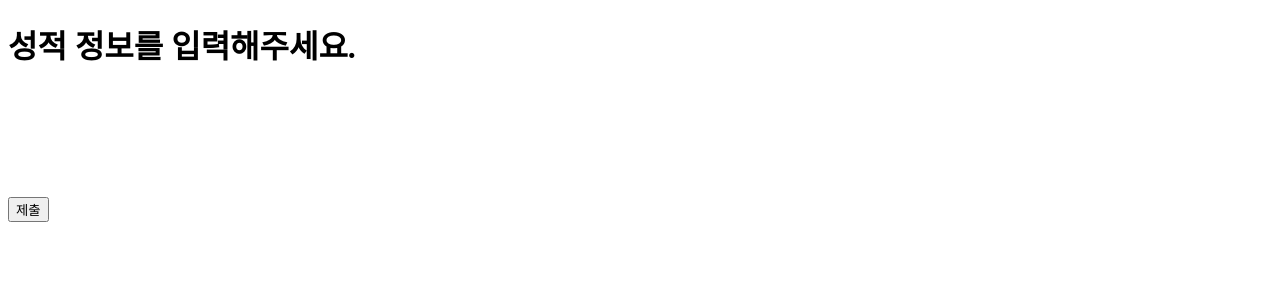
Repository: eyonghwan/spring_preactice
Page: http://localhost/SpringBasic/score
An editor plug-in stored every save of this project. The page is shown before and after the next save, followed by the edit.
The browser window is 1280 px wide. The pictures show the whole page.
The page is served by Tomcat 9. Other server files are loaded and not shown.

Above is the page before, as saved 2022-03-30 05:44:42.

### SpringBasic/src/main/webapp/WEB-INF/views/scoreForm.jsp
<%@ page language="java" contentType="text/html; charset=UTF-8"
    pageEncoding="UTF-8"%>
<!DOCTYPE html>
<html>
<head>
<meta charset="UTF-8">
<title>Insert title here</title>
</head>
<body>
	<h1>성적 정보를 입력해주세요.</h1><br/>
	<form>
		<intput type="number" name="kor" placeholder="국어 점수"><br/>
		<intput type="number" name="eng" placeholder="영어 점수"><br/>
		<intput type="number" name="math" placeholder="수학 점수"><br/>
		<intput type="number" name="sci" placeholder="과학 점수"><br/>
		<intput type="number" name="com" placeholder="컴퓨터 점수"><br/>
		<input type="submit" value="제출">
	</form>

</body>
</html>

After the next save:
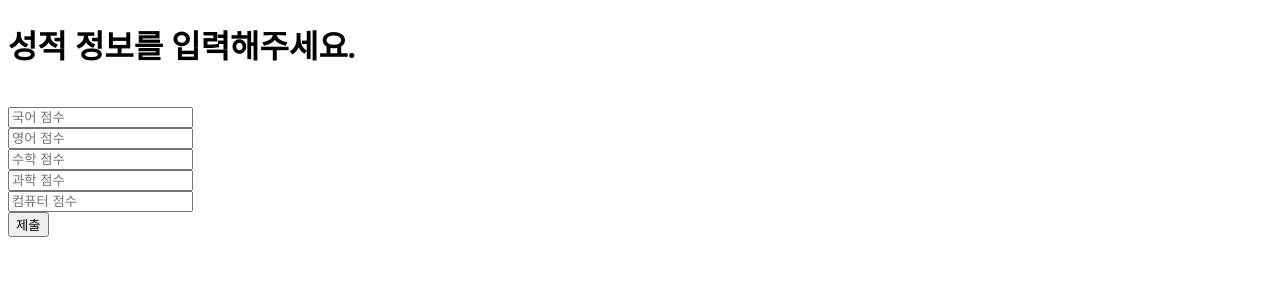
Saved 14 s later.
--- a/SpringBasic/src/main/webapp/WEB-INF/views/scoreForm.jsp
+++ b/SpringBasic/src/main/webapp/WEB-INF/views/scoreForm.jsp
@@ -9,11 +9,11 @@
 <body>
 	<h1>성적 정보를 입력해주세요.</h1><br/>
 	<form>
-		<intput type="number" name="kor" placeholder="국어 점수"><br/>
-		<intput type="number" name="eng" placeholder="영어 점수"><br/>
-		<intput type="number" name="math" placeholder="수학 점수"><br/>
-		<intput type="number" name="sci" placeholder="과학 점수"><br/>
-		<intput type="number" name="com" placeholder="컴퓨터 점수"><br/>
+		<input type="number" name="kor" placeholder="국어 점수"><br/>
+		<input type="number" name="eng" placeholder="영어 점수"><br/>
+		<input type="number" name="math" placeholder="수학 점수"><br/>
+		<input type="number" name="sci" placeholder="과학 점수"><br/>
+		<input type="number" name="com" placeholder="컴퓨터 점수"><br/>
 		<input type="submit" value="제출">
 	</form>
 
